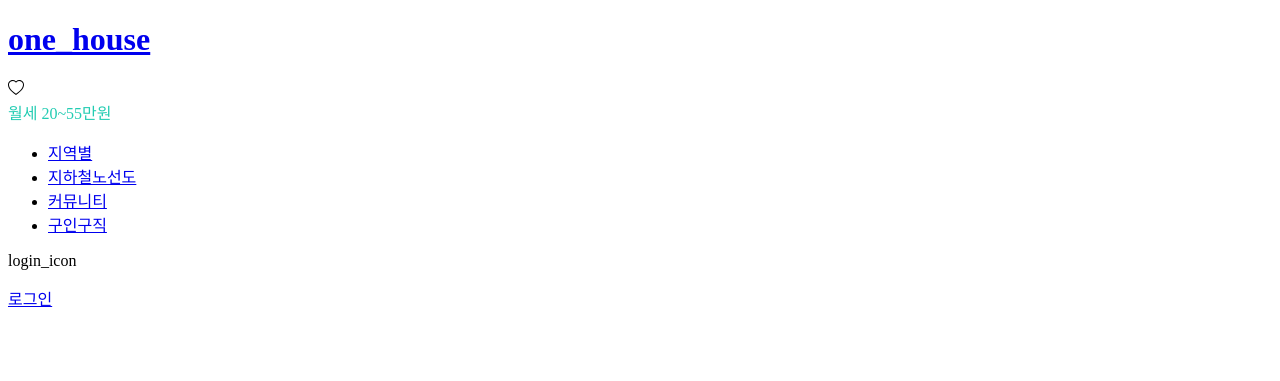
Repository: nayeon-3/one_house
Page: one_house/public/main/main.html
The author's editor kept a copy of each file at every save. The page is drawn from the files as they stood at one save, then again after the next save.
The browser window is 1280 px wide. The pictures show the whole page.

Above is the page before, as saved 2025-02-10 08:16:30.

### one_house/public/main/main.html
<!DOCTYPE html>
<html>
<head>
<meta charset="UTF-8">
<title>Insert title here</title>
<!-- 스타일 -->
<link rel="stylesheet" href="main.css">
<style type="text/css">
/* Login 1 */



.icon {
  position: absolute;
  top: 114px;
  left: 1136px;
  width: 44px;
  height: 44px;
  fill: #9095A0FF;
}
</style>
</head>
<body>
	<div id="wwrap">
		<header id="header">
			<div class="header_area box_inner clear">
				<h1><a href="#">one_house</a></h1>      <!-- 로고: 왼쪽 배치 -->

				<svg xmlns="http://www.w3.org/2000/svg" width="16" height="16" fill="currentColor" class="bi bi-heart" viewBox="0 0 16 16">
  <path d="m8 2.748-.717-.737C5.6.281 2.514.878 1.4 3.053c-.523 1.023-.641 2.5.314 4.385.92 1.815 2.834 3.989 6.286 6.357 3.452-2.368 5.365-4.542 6.286-6.357.955-1.886.838-3.362.314-4.385C13.486.878 10.4.28 8.717 2.01zM8 15C-7.333 4.868 3.279-3.04 7.824 1.143q.09.083.176.171a3 3 0 0 1 .176-.17C12.72-3.042 23.333 4.867 8 15"/>
</svg>


<div style="color: #22CCB2">월세 20~55만원</div>
				<nav>
					<ul class="gnb clear">
						<li><a href="#" class="menu1">지역별</a></li>
						<li><a href="#" class="menu2">지하철노선도</a></li>
						<li><a href="#" class="menu3">커뮤니티</a></li>
						<li><a href="#" class="menu4">구인구직</a></li>
					</ul>
				</nav>

				<div class="header_cont">              <!-- 오른쪽 끝 배치 -->
					<p class=icon>login_icon</p>
					<p><a href="#login">로그인</a></p>
				</div>

			</div>

		</header>
	</div>
</body>
</html>

Loaded but not shown: one_house/public/main/main.css (common file)

After the next save:
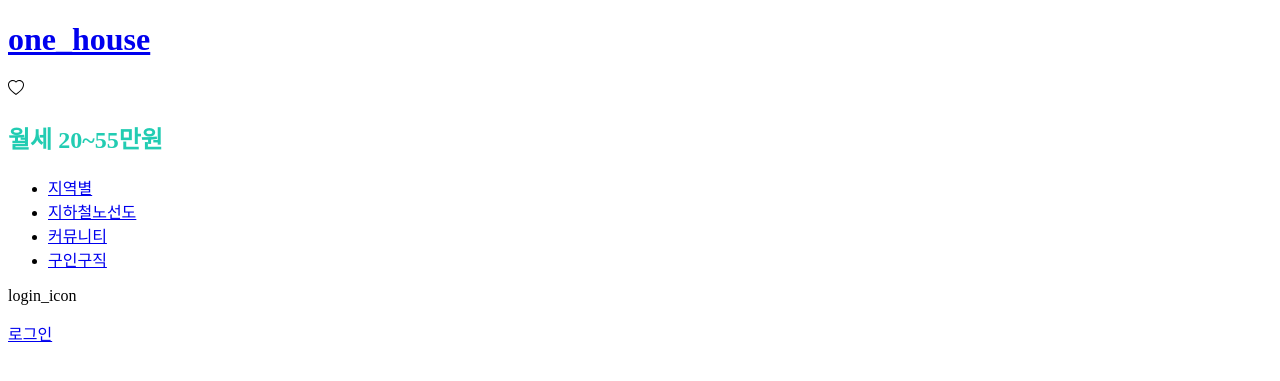
Saved 57 s later.
--- a/one_house/public/main/main.html
+++ b/one_house/public/main/main.html
@@ -31,7 +31,7 @@
 </svg>
 
 
-<div style="color: #22CCB2">월세 20~55만원</div>
+<h2 style="color: #22CCB2; font-weight: 20px; ">월세 20~55만원</h2>
 				<nav>
 					<ul class="gnb clear">
 						<li><a href="#" class="menu1">지역별</a></li>
